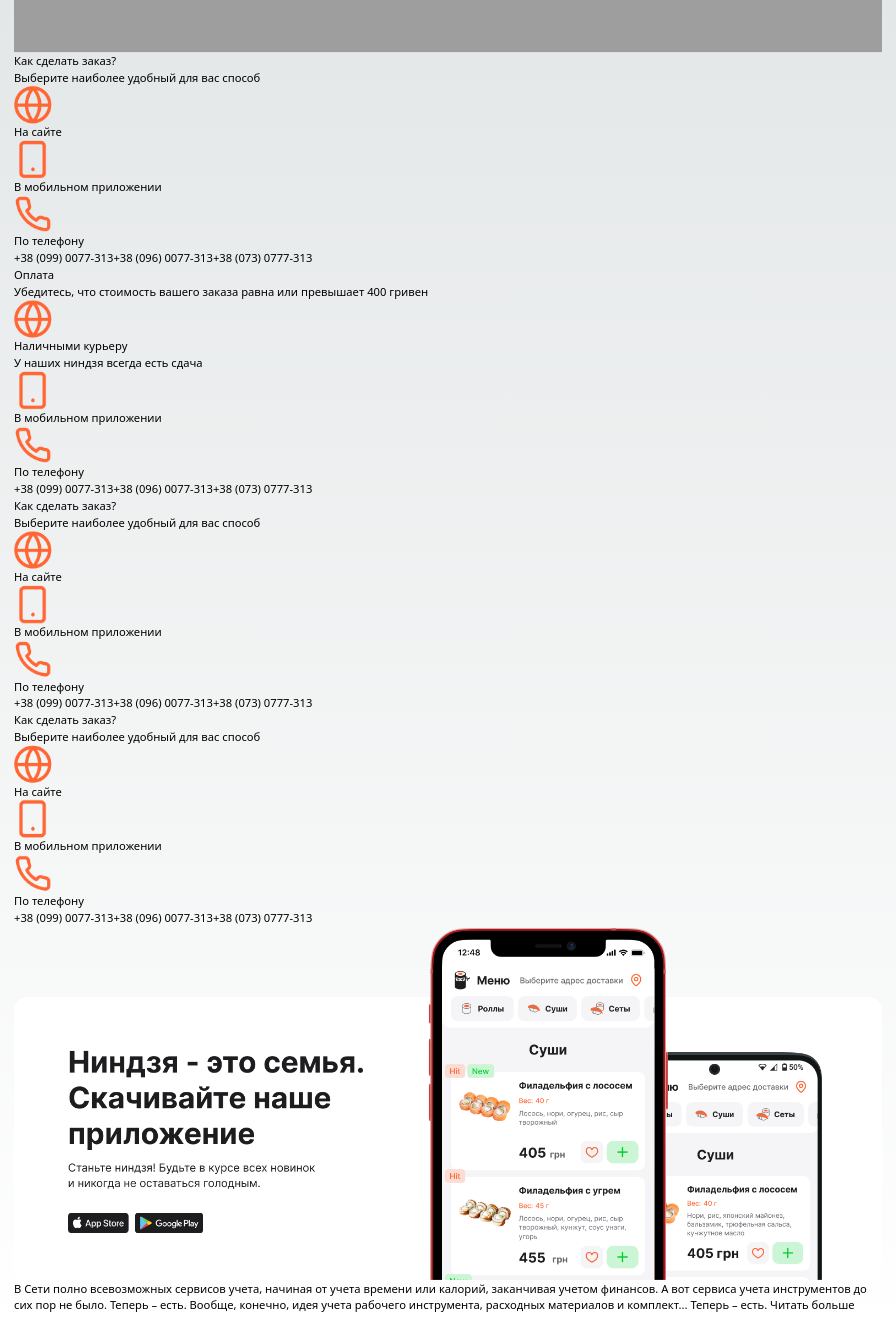
Repository: shokirovG/loyiha
Page: /Delivery
These files come from the project's save history. The page is drawn as it stood at one moment and after the next save; the edit follows.
The browser window is 1280 px wide. The pictures show the part of the page from y = 979 to 2899 px (the page is 2875 px tall before and 2899 px after), at 70% of full size.
Pictures or frames that could not be fetched are drawn as grey boxes. The project was rebuilt for these pictures with package versions that can differ from the ones it lists, and the page was loaded fresh each time. The framework's server and built-in components were replaced by stand-ins that run in the browser. Also part of the build but not shown: next.config.js, Components/Categories.jsx, Components/Slider.jsx, Components/OpenNav.jsx.

Above is the page before, as saved 2023-06-30 19:06:18.

After the next save:
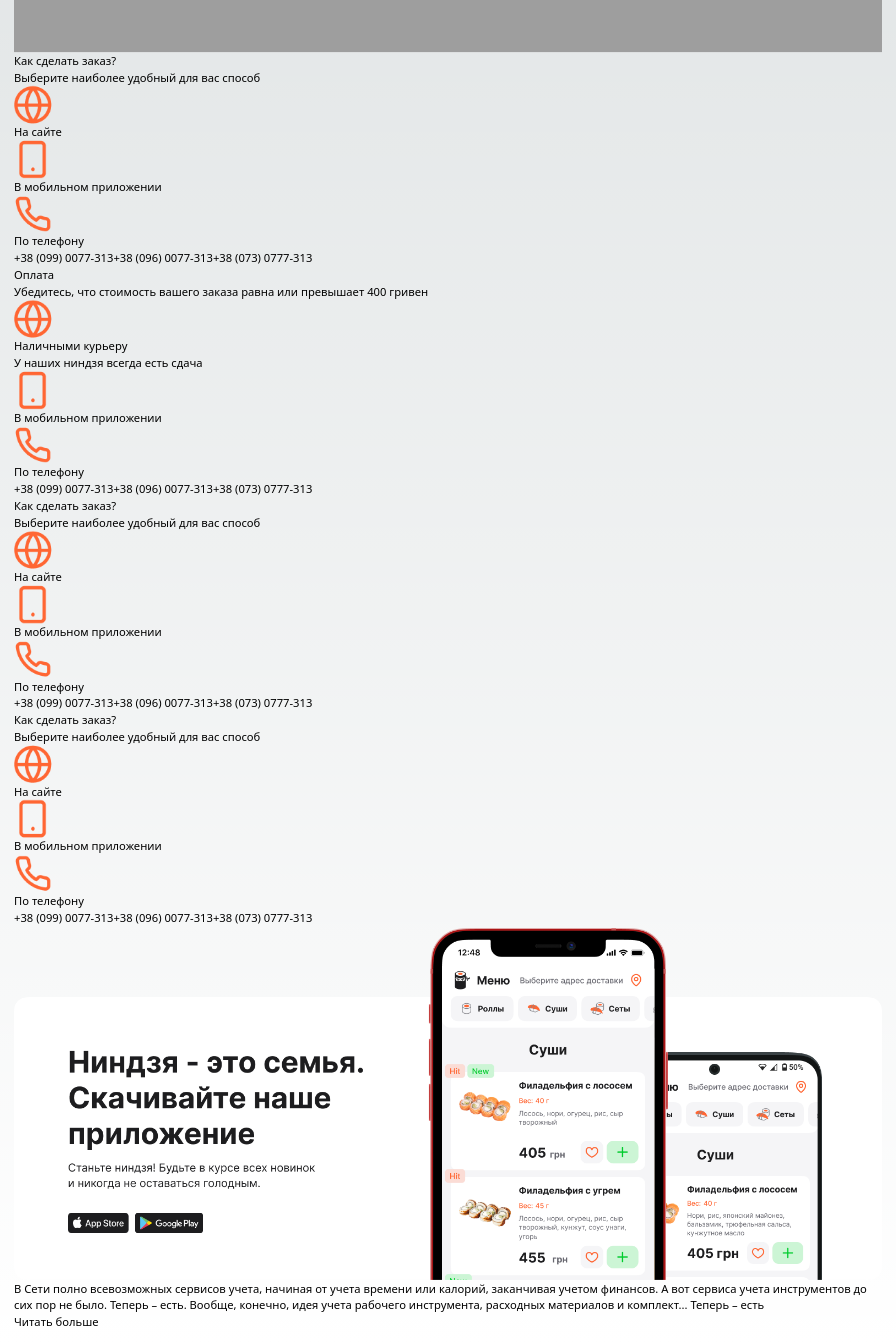
Saved 14 s later.
--- a/Components/Footer.jsx
+++ b/Components/Footer.jsx
@@ -9,8 +9,8 @@
         В Сети полно всевозможных сервисов учета, начиная от учета времени или
         калорий, заканчивая учетом финансов. А вот сервиса учета инструментов до
         сих пор не было. Теперь – есть. Вообще, конечно, идея учета рабочего
-        инструмента, расходных материалов и комплект... Теперь – есть.{" "}
-        <span>Читать больше</span>
+        инструмента, расходных материалов и комплект... Теперь – есть <br />
+        <span className="">Читать больше</span>
       </p>
       <div className="footer w-[100%] bg-white h-[35%]">
         <div></div>
